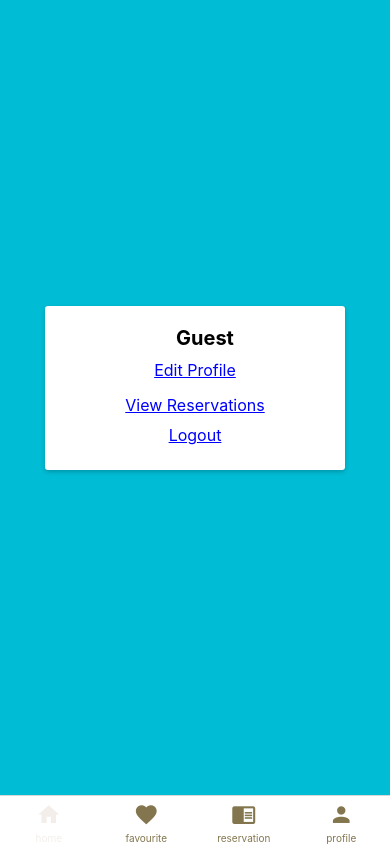
Repository: TemoshoS/restaurant-app
Screen: /profile
These files come from the project's save history. The screen is drawn as it stood at one moment and after the next save; the edit follows.
The page's requests for data from a server got no answer. The app was drawn by React Native's web renderer in a window 390 px wide. The project was rebuilt for these pictures with package versions that can differ from the ones it lists, and the page was loaded fresh each time. No one was signed in, and anything a server would have sent is missing. Also part of the build but not shown: Screens/LoginScreen.js, Screens/RegisterScreen.js, components/navbar.js, components/search.js, Screens/RestaurantScreen.js, Screens/RestaurantDetailsScreen.js, Screens/MenuScreen.js, Screens/ReservationScreen.js and 5 more.

Above is the screen before, as saved 2023-12-27 14:30:21.

### App.js
// Import necessary components and modules
import React, { useEffect, useState } from 'react';
import { StyleSheet } from 'react-native';
import { NavigationContainer } from '@react-navigation/native';
import { createStackNavigator } from '@react-navigation/stack';
import { createBottomTabNavigator } from '@react-navigation/bottom-tabs';
import LoginScreen from './Screens/LoginScreen';
import HomeScreen from './Screens/HomeScreen';
import RegisterScreen from './Screens/RegisterScreen';
import RestaurantScreen from './Screens/RestaurantScreen';
import RestaurantDetailsScreen from './Screens/RestaurantDetailsScreen';
import MenuScreen from './Screens/MenuScreen';
import ReservationScreen from './Screens/ReservationScreen';
import PastReserevationScreen from './Screens/PastReserevationScreen';
import ProfileScreen from './Screens/ProfileScreen';
import store from './store/store';
import { Provider } from 'react-redux';
import MaterialCommunityIcons from 'react-native-vector-icons/MaterialCommunityIcons';
import FavoriteRestaurantScreen from './Screens/FavoriteRestaurantScreen';
import ForgotPasswordScreen from './Screens/ForgotPasswordScreen'
import Dashboard from './Screens/Dashboard';
import EditProfileScreen from './Screens/editProfileScreen';
import { auth } from './config/firebase';

const Stack = createStackNavigator();
const Tab = createBottomTabNavigator();

export default function App() {
  const [isAdmin, setIsAdmin] = useState(false);

  useEffect(() => {
    const checkAdminStatus = async () => {
      const user = auth.currentUser;
      const isAdminUser = user ? user.email === 'temosho@admin.co' : false;
      setIsAdmin(isAdminUser);
      console.log('isAdmin:', isAdminUser);
    };

    checkAdminStatus();
  }, []);

  function MainStack() {
    return (
      <Stack.Navigator initialRouteName='Welcome'>
        <Stack.Screen name="Restaurants" component={RestaurantScreen} options={{ headerShown: false }} />
        <Stack.Screen name='Welcome' component={HomeScreen} options={{ headerShown: false }} />
        <Stack.Screen name='editProfile' component={EditProfileScreen} options={{ headerShown: true }} />
        <Stack.Screen name='Login' component={LoginScreen} options={{ headerShown: false }} />
        <Stack.Screen name='Register' component={RegisterScreen} options={{ headerShown: false }} />
        <Stack.Screen name='Restaurant info' component={RestaurantDetailsScreen} options={{
          headerShown: true,
          headerStyle: {
            backgroundColor: '#83764F',
          },
          headerTitle: '',
          headerTitleStyle: {
            color: '#F3EEEA',
            fontWeight: 'bold',
            fontSize: 18,
          },
          headerTintColor: '#F3EEEA',
          headerBackTitleVisible: false,
          headerBackImage: () => (
            <MaterialCommunityIcons name="arrow-left" size={24} color="#F3EEEA" />
          ),
        }}  />
        <Stack.Screen name='Menu' component={MenuScreen} options={{
          headerShown: true,
          headerStyle: {
            backgroundColor: '#83764F',
          },
          headerTitle: '',
          headerTitleStyle: {
            color: '#F3EEEA',
            fontWeight: 'bold',
            fontSize: 18,
          },
          headerTintColor: '#F3EEEA',
          headerBackTitleVisible: false,
          headerBackImage: () => (
            <MaterialCommunityIcons name="arrow-left" size={24} color="#F3EEEA" />
          ),
        }} />
        {!isAdmin && (
          <Stack.Screen name='ReservationScreen' component={ReservationScreen} options={{
            headerShown: true,
            headerStyle: {
              backgroundColor: '#83764F',
            },
            headerTitle: '',
            headerTitleStyle: {
              color: '#F3EEEA',
              fontWeight: 'bold',
              fontSize: 18,
            },
            headerTintColor: '#F3EEEA',
            headerBackTitleVisible: false,
            headerBackImage: () => (
              <MaterialCommunityIcons name="arrow-left" size={24} color="#F3EEEA" />
            ),
          }}/>
        )}
        <Stack.Screen name='profile' component={ProfileScreen} options={{ headerShown: false }} />
        <Stack.Screen name='dashboard' component={Dashboard} options={{ headerShown: false }} />
        <Stack.Screen name='ForgotPasswordScreen' component={ForgotPasswordScreen} options={{ headerShown: false }} />
      </Stack.Navigator>
    );
  }

  function TabNavigator() {


    return (
      <Tab.Navigator
        tabBarOptions={{
          activeTintColor: '#F3EEEA',
          inactiveTintColor: '#83764F',
        }}
      >
        <Tab.Screen
          name="home"
          component={MainStack}
          options={{
            headerShown: false,
            tabBarIcon: ({ color, size }) => (
              <MaterialCommunityIcons name="home" color={color} size={size} />
            ),
          }}
        />
        {!isAdmin && (
          <Tab.Screen
            name="favourite"
            component={FavoriteRestaurantScreen}
            options={{
              headerShown: false,
              tabBarIcon: ({ color, size }) => (
                <MaterialCommunityIcons name="heart" color={color} size={size} />
              ),
            }}
          />
        )}
        {!isAdmin && (
          <Tab.Screen
            name="reservation"
            component={PastReserevationScreen}
            options={{
              headerShown: false,
              tabBarIcon: ({ color, size }) => (
                <MaterialCommunityIcons name="book-open" color={color} size={size} />
              ),
            }}
          />
        )}
        <Tab.Screen
          name="profile"
          component={ProfileScreen}
          options={{
            headerShown: false,
            tabBarIcon: ({ color, size }) => (
              <MaterialCommunityIcons name="account" color={color} size={size} />
            ),
          }}
        />
      </Tab.Navigator>
    );
  }

  return (
    <Provider store={store}>
      <NavigationContainer>
        <TabNavigator />
      </NavigationContainer>
    </Provider>
  );
}

const styles = StyleSheet.create({
  container: {
    flex: 1,
    backgroundColor: 'black',
    alignItems: 'center',
    justifyContent: 'center',
  },
});

### Screens/HomeScreen.js
import { StyleSheet, Text, View, Image, TouchableOpacity } from 'react-native'
import { useState, useEffect } from 'react';
import { FontAwesome } from '@expo/vector-icons';
import { getAuth, onAuthStateChanged } from 'firebase/auth';
import { useNavigation } from '@react-navigation/native';
import { auth } from '../config/firebase';

const HomeScreen = () => {
    const [user, setUser] = useState(null);
    const navigation = useNavigation();

    useEffect(() => {
        const auth = getAuth();


        const unsubscribe = onAuthStateChanged(auth, (authUser) => {
          if (authUser) {
            setUser(authUser);
          } else {
            setUser(null);
          }
        });

        return () => unsubscribe();
      }, []);




  return (
      <View style={styles.container}>

          <View >
              <FontAwesome style={styles.circle} name="circle" size={140} color="#D9D9D9" />
          </View>

          <Image
              source={require('../assets/cartoon-1299636_1920.png')}
              style={{ width: 200, height: 265.56 }}
          />


          <Text style={styles.welcomeTxt}>Welcome!</Text>
          <Text style={styles.dineTxt}>Dine with your friends</Text>


          <View>
              <TouchableOpacity
                  style={styles.getButton}
                  onPress={() => {
                      if (user) {
                          navigation.navigate('Restaurants')
                      } else {
                          navigation.navigate('Login')
                      }
                  }}
              >
                  <Text style={styles.getTxt}>Get started</Text>

              </TouchableOpacity>
          </View>

      </View>
  )
}

export default HomeScreen

const styles = StyleSheet.create({
    container:{
        flex:1,

        height: 932,
        justifyContent: 'center',
        alignItems:'center',
        backgroundColor: '#83764F',
    },
    circle:{
        marginLeft: 370,
        marginTop: -160,

    },
    welcomeTxt:{
        fontSize: 64,
        fontFamily: 'italiana',
        marginTop: 100,
        color: '#ccc',

    },
    dineTxt:{
        fontSize: 20,
        fontFamily: 'Nothing You Could Do',
        marginBottom: 150,
        color: '#ccc',

    },
    getButton:{
        alignItems: 'center',
        justifyContent: 'center',
        backgroundColor: '#ccc',
        width: 304,
        height: 78,
        borderRadius: 30
    },
    getTxt:{
        color: '#83764F',
        fontSize: 24,
        fontWeight:'bold'
    }
})

### Screens/ProfileScreen.js
import React, { useState, useEffect } from 'react';
import { View, Text, TouchableOpacity, StyleSheet, Image } from 'react-native';
import { getAuth, onAuthStateChanged, signOut } from 'firebase/auth';
import { useNavigation } from '@react-navigation/native';
import * as ImagePicker from 'expo-image-picker';



const ProfileScreen = () => {
  const [currentUser, setCurrentUser] = useState(null);
  const [loading, setLoading] = useState(false);
  const navigation = useNavigation();
  const auth = getAuth();
  const user = auth.currentUser;
  const userId = user ? user.uid : null;
  const isAdmin = user ? user.email === 'temosho@admin.co' : false;
  const [image, setImage] = useState(null);
  useEffect(() => {
    const unsubscribe = onAuthStateChanged(auth, (user) => {
      if (user) {
        setCurrentUser(user.displayName);
      } else {
        setCurrentUser(null);
      }
    });

    return () => unsubscribe();
  }, []);

  const onLogout = () => {
    setLoading(true);

    signOut(auth)
      .then(() => {
        setLoading(false);
        navigation.navigate('Welcome');
      })
      .catch((error) => {
        setLoading(false);
        console.error('Logout error:', error);
      });
  };

  const navigateToPastReservations = () => {
    navigation.navigate('reservation');
  };

  const navigateToEditProfile = () => {
    navigation.navigate('editProfile');
  }

  const adminOrders = () => {
    navigation.navigate('dashboard');
  };

  const pickImage = async () => {
    try {
      let result = await ImagePicker.launchImageLibraryAsync({
        mediaTypes: ImagePicker.MediaTypeOptions.Images,
        allowsEditing: true,
        aspect: [4, 3],
        quality: 1,
      });

      if (!result.cancelled) {
        setImage(result.uri);


        const contentType = "image/jpeg";

        const response = await fetch(result.uri);
        const blob = await response.blob();


        const imageRef = ref(storage, `restaurantImages/${newMenuItem.menuName}`);
        await uploadBytes(imageRef, blob, { contentType });
      }
    } catch (error) {
      console.error('Error picking image:', error);
    }
  };

  return (
    <View style={styles.container}>
      <View style={styles.card}>
      {image && <Image
          source={{ uri: image }}
          style={styles.profileImage}
        />}
        <View style={styles.profileInfo}>
          <Text style={styles.profileName}>{currentUser ? currentUser : 'Guest'}</Text>
          {user && <Text style={styles.profileEmail}>Email: {user.email}</Text>}
        </View>

        <TouchableOpacity onPress={navigateToEditProfile}>
          <Text style={styles.editProfileButton}>Edit Profile</Text>
        </TouchableOpacity>

        {loading && <ActivityIndicator size="small" color="#0000ff" />}

        {isAdmin ? (
          <TouchableOpacity onPress={adminOrders}>
            <Text style={styles.logoutText}>Dashboard</Text>
          </TouchableOpacity>
        ) : (
          <TouchableOpacity onPress={navigateToPastReservations}>
            <Text style={styles.logoutText}>View Reservations</Text>
          </TouchableOpacity>
        )}
        <TouchableOpacity onPress={onLogout} disabled={loading}>
          <Text style={styles.logoutText}>Logout</Text>
        </TouchableOpacity>
      </View>
    </View>
  );
};

const styles = StyleSheet.create({
  container: {
    flex: 1,
    alignItems: 'center',
    justifyContent: 'center',
    backgroundColor: '#00bcd4',
  },
  card: {
    width: 300,
    padding: 20,
    borderRadius: 3,
    backgroundColor: 'white',
    shadowColor: 'black',
    shadowOffset: { width: 0, height: 2 },
    shadowOpacity: 0.2,
    shadowRadius: 4,
    elevation: 3,
    marginBottom: 20,
    alignItems: 'center',
    justifyContent: 'center',
  },
  profileImage: {
    width: 120,
    height: 120,
    borderRadius: 60,
  },
  profileInfo: {
    marginLeft: 20,
  },
  profileName: {
    fontSize: 20,
    fontWeight: 'bold',
  },
  profileEmail: {
    fontSize: 16,
  },
  profileBio: {
    fontSize: 14,
    color: '#5A5A5A',
    marginTop: 5,
  },
  editProfileButton: {
    color: 'blue',
    fontSize: 16,
    textDecorationLine: 'underline',
    marginVertical: 10,
  },
  badgesCard: {
    flexDirection: 'row',
    padding: 10,
    borderRadius: 3,
    backgroundColor: '#00bcd4',
    color: '#fff',
    width: 280,
    shadowColor: 'black',
    shadowOffset: { width: 0, height: 2 },
    shadowOpacity: 0.2,
    shadowRadius: 4,
    elevation: 3,
    position: 'absolute',
    bottom: 10,
  },
  badgeIcon: {
    fontSize: 16,
    margin: 0,
    opacity: 0.6,
    marginRight: 6,
  },
  logoutText: {
    color: 'blue',
    fontSize: 16,
    textDecorationLine: 'underline',
    marginVertical: 5,
  },
});

export default ProfileScreen;

### store/store.js
import { createStore, applyMiddleware, combineReducers } from 'redux';
import thunk from 'redux-thunk';
import restaurantsReducer from '../reducers/restaurantsReducer';
import reserveReducer from '../reducers/reserveReducer';
import authReducer from '../reducers/authReducer';
import favoriteRestaurantsReducer from '../reducers/favoriteRestaurantsReducer';


const rootReducer = combineReducers({
  restaurants: restaurantsReducer,
  reservation: reserveReducer,
  auth: authReducer,
  favoriteRestaurants: favoriteRestaurantsReducer,

});

const store = createStore(rootReducer, applyMiddleware(thunk));

export default store;

### config/firebase.js
// Import the functions you need from the SDKs you need
import { initializeApp } from "firebase/app";
import { getAnalytics } from "firebase/analytics";

import {getAuth} from 'firebase/auth';
import {getFirestore} from 'firebase/firestore'
// TODO: Add SDKs for Firebase products that you want to use
// https://firebase.google.com/docs/web/setup#available-libraries

// Your web app's Firebase configuration
// For Firebase JS SDK v7.20.0 and later, measurementId is optional
const firebaseConfig = {
  apiKey: "AIzaSyDa4_cUmrR60k82VypxJ_US-F7FEiItCL4",
  authDomain: "restaurant-app-da7bc.firebaseapp.com",
  projectId: "restaurant-app-da7bc",
  storageBucket: "restaurant-app-da7bc.appspot.com",
  messagingSenderId: "598136487640",
  appId: "1:598136487640:web:f77577fdc1710db8c1a1ad",
  measurementId: "G-6D4DHL06Z0"
};

// Initialize Firebase
const app = initializeApp(firebaseConfig);
const analytics = getAnalytics(app);

const auth = getAuth(app)
const db = getFirestore(app)
export {auth, db}

### actions/authActions.js
import { sendPasswordResetEmail } from 'firebase/auth';
import { auth } from '../config/firebase';
import { getAuth, onAuthStateChanged, signOut } from 'firebase/auth';
export const LOGIN_SUCCESS = 'LOGIN_SUCCESS';
export const REGISTER_SUCCESS = 'REGISTER_SUCCESS';
export const FORGOT_PASSWORD_REQUEST = 'FORGOT_PASSWORD_REQUEST';
export const FORGOT_PASSWORD_SUCCESS = 'FORGOT_PASSWORD_SUCCESS';
export const FORGOT_PASSWORD_FAILURE = 'FORGOT_PASSWORD_FAILURE';
export const LOGOUT = 'LOGOUT';

export const loginSuccess = (user) => ({
  type: LOGIN_SUCCESS,
  payload: user,
});

export const registerSuccess = (user) => ({
  type: REGISTER_SUCCESS,
  payload: user,
});

export const forgotPasswordRequest = () => ({
  type: FORGOT_PASSWORD_REQUEST,
});

export const forgotPasswordSuccess = () => ({
  type: FORGOT_PASSWORD_SUCCESS,
});

export const forgotPasswordFailure = (error) => ({
  type: FORGOT_PASSWORD_FAILURE,
  payload: error,
});

export const forgotPassword = (email) => {
  return async (dispatch) => {
    dispatch(forgotPasswordRequest());

    try {
      await sendPasswordResetEmail(auth, email);
      dispatch(forgotPasswordSuccess());
    } catch (error) {
      dispatch(forgotPasswordFailure(error));
    }
  };
};

export const logout = () => ({
  type: LOGOUT,
});

### actions/restaurant.js
import { db } from "../config/firebase";
import { collection ,getDocs} from "firebase/firestore";

export const FETCH_RESTAURANTS = 'FETCH_RESTAURANTS';

export const fetchRestaurants = () => {
  return async (dispatch) => {
    const restaurantsCollection = collection(db, 'restaurants');
    const snapshot = await getDocs(restaurantsCollection);
    const restaurants = [];
    snapshot.forEach((doc) => {
      restaurants.push(doc.data());
    });
    dispatch({ type: FETCH_RESTAURANTS, payload: restaurants });
  };
};

### actions/reserveAction.js
import { db } from "../config/firebase";
import { collection, addDoc, getDocs, query, where } from "firebase/firestore";

export const RESERVE_SUCCESS = "RESERVE_SUCCESS";
export const RESERVE_FAILURE = "RESERVE_FAILURE";
export const FETCH_ALL_RESERVATIONS = 'FETCH_ALL_RESERVATIONS';
export const FETCH_PAST_RESERVATIONS = 'ETCH_PAST_RESERVATIONS';


export const reserveTable = (reservationData) => {
  return async (dispatch) => {
    try {
      // Save the reservation data to Firestore
      const ordersCollection = collection(db, "Orders");
      const docRef = await addDoc(ordersCollection, reservationData);


      dispatch({ type: RESERVE_SUCCESS, payload: docRef });
    } catch (error) {

      dispatch({ type: RESERVE_FAILURE, payload: error.message });
    }
  };
};

export const fetchPastReservations = (userId) => {
  return async (dispatch) => {
    try {

      //query to fetch reservations based on the userId
      const reservationsCollection = collection(db, 'Orders');
      const userQuery = query(reservationsCollection, where('userId', '==', userId));

      const snapshot = await getDocs(userQuery);

      const pastReservations = [];
      snapshot.forEach((doc) => {
        pastReservations.push(doc.data());
      });


      dispatch({ type: FETCH_PAST_RESERVATIONS, payload: pastReservations });
    } catch (error) {
      // Handle errors
      console.error('Error fetching past reservations:', error);
    }
  };
}


export const fetchAllReservations = () => {
  return async (dispatch) => {
    try {
      // Query to fetch all reservations
      const reservationsCollection = collection(db, 'Orders');
      const snapshot = await getDocs(reservationsCollection);
      const allReservations = [];

      snapshot.forEach((doc) => {
        allReservations.push(doc.data());
      });

      dispatch({ type: FETCH_ALL_RESERVATIONS, payload: allReservations });
    } catch (error) {
      console.error('Error fetching all reservations:', error);
    }
  };
};

### reducers/restaurantsReducer.js
import { FETCH_RESTAURANTS } from "../actions/restaurant";


const initialState = {
    restaurants: [],
};

const restaurantsReducer = (state = initialState, action) =>{

    switch (action.type) {
        case FETCH_RESTAURANTS:
          return { ...state, restaurants: action.payload };
        default:
          return state;
      }


};

export default restaurantsReducer;

### reducers/reserveReducer.js
import { RESERVE_SUCCESS, RESERVE_FAILURE, FETCH_PAST_RESERVATIONS,FETCH_ALL_RESERVATIONS } from "../actions/reserveAction";

const initialState = {
  reservationSuccess: null,
  reservationError: null,
  pastReservations: [],
  allReservations: [],
  loading: false,
};

const reserveReducer = (state = initialState, action) => {
  switch (action.type) {
    case RESERVE_SUCCESS:
      return { ...state, reservationSuccess: action.payload, reservationError: null };
    case RESERVE_FAILURE:
      return { ...state, reservationSuccess: null, reservationError: action.payload };
    case FETCH_PAST_RESERVATIONS:
      return { ...state, pastReservations: action.payload };
      case FETCH_ALL_RESERVATIONS:
        return { ...state, allReservations: action.payload, loading: false };
    default:
      return state;
  }
};

export default reserveReducer;

### reducers/authReducer.js
import {
  LOGIN_SUCCESS,
  REGISTER_SUCCESS,
  LOGOUT ,
  FORGOT_PASSWORD_REQUEST,
  FORGOT_PASSWORD_SUCCESS,
  FORGOT_PASSWORD_FAILURE,} from '../actions/authActions';

const initialState = {
  user: null,
  isAuthenticated: false,
  forgotPasswordLoading: false,
  forgotPasswordSuccess: false,
  forgotPasswordError: null,

};

const authReducer = (state = initialState, action) => {
  switch (action.type) {
    case LOGIN_SUCCESS:
    case REGISTER_SUCCESS:
      return {
        ...state,
        user: action.payload,
        isAuthenticated: true,
      };
      case FORGOT_PASSWORD_REQUEST:
        return {
          ...state,
          forgotPasswordLoading: true,
          forgotPasswordSuccess: false,
          forgotPasswordError: null,
        };
      case FORGOT_PASSWORD_SUCCESS:
        return {
          ...state,
          forgotPasswordLoading: false,
          forgotPasswordSuccess: true,
          forgotPasswordError: null,
        };
      case FORGOT_PASSWORD_FAILURE:
      return {
        ...state,
        forgotPasswordLoading: false,
        forgotPasswordSuccess: false,
        forgotPasswordError: action.payload,
      };
    case LOGOUT:
      return {
        ...state,
        user: null,
        isAuthenticated: false,
      };
    default:
      return state;
  }
};

export default authReducer;

### reducers/favoriteRestaurantsReducer.js
import { FETCH_FAV_RESTAURANTS } from "../actions/favoriteRestaurantActions";


const initialState = {
    favRestaurants: [],
};

const favRestaurantsReducer = (state = initialState, action) =>{

    switch (action.type) {
        case FETCH_FAV_RESTAURANTS:
          return { ...state, favRestaurants: action.payload };
        default:
          return state;
      }


};

export default favRestaurantsReducer;

### actions/favoriteRestaurantActions.js
import { db } from "../config/firebase";
import { collection ,getDocs} from "firebase/firestore";

export const FETCH_FAV_RESTAURANTS = 'FETCH_FAV_RESTAURANTS';

export const fetchFavouriteRestaurants = () => {
  return async (dispatch) => {
    const restaurantsCollection = collection(db, 'favouriteRestaurants');
    const snapshot = await getDocs(restaurantsCollection);
    const favRestaurants = [];
    snapshot.forEach((doc) => {
      favRestaurants.push(doc.data());
    });
    dispatch({ type: FETCH_FAV_RESTAURANTS, payload: favRestaurants });
  };
};

After the next save:
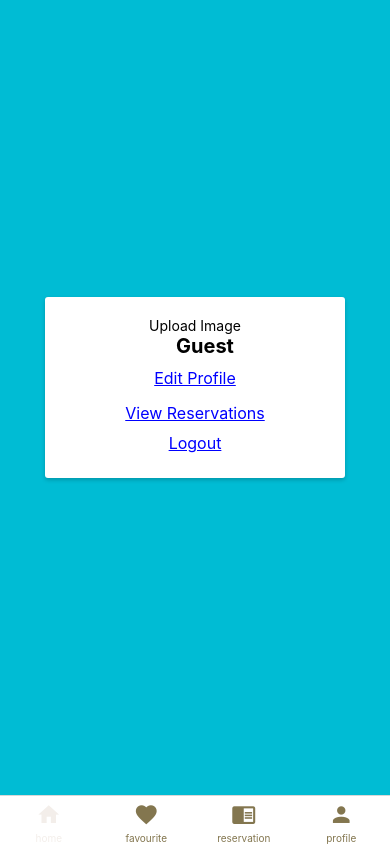
Saved 28 s later.
--- a/Screens/ProfileScreen.js
+++ b/Screens/ProfileScreen.js
@@ -87,6 +87,9 @@ const ProfileScreen = () => {
           source={{ uri: image }}
           style={styles.profileImage}
         />}
+        <TouchableOpacity style={styles.modalButton} onPress={pickImage}>
+              <Text style={styles.modalButtonText}>Upload Image</Text>
+            </TouchableOpacity>
         <View style={styles.profileInfo}>
           <Text style={styles.profileName}>{currentUser ? currentUser : 'Guest'}</Text>
           {user && <Text style={styles.profileEmail}>Email: {user.email}</Text>}
